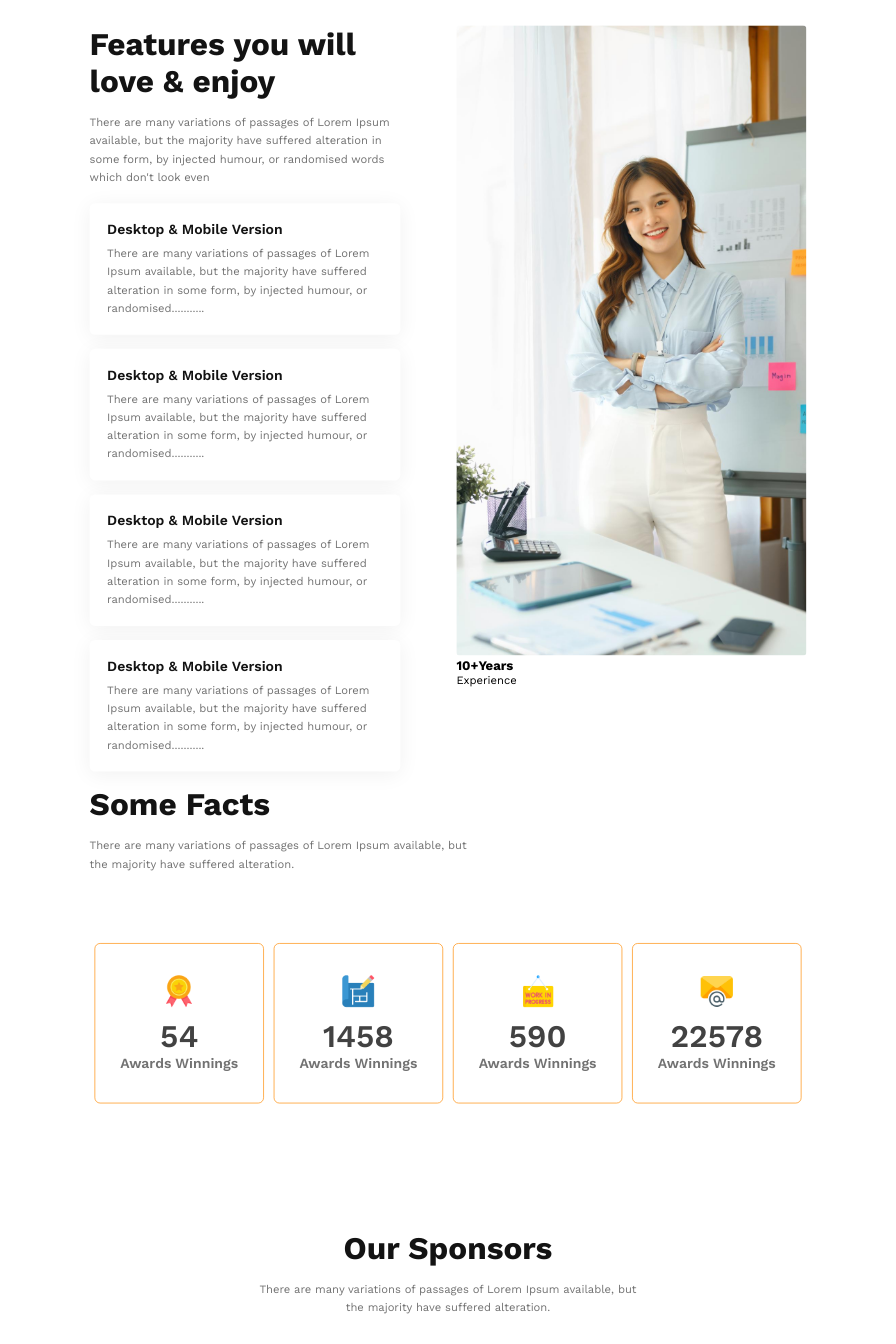
Repository: ShouravAhammed/G3-architects-webpage
Page: index.html
The author's editor kept a copy of each file at every save. The page is drawn from the files as they stood at one save, then again after the next save.
The browser window is 1280 px wide. The pictures show the part of the page from y = 1706 to 3626 px (the page is 3936 px tall), at 70% of full size.

Above is the page before, as saved 2024-01-13 17:57:38.

After the next save:
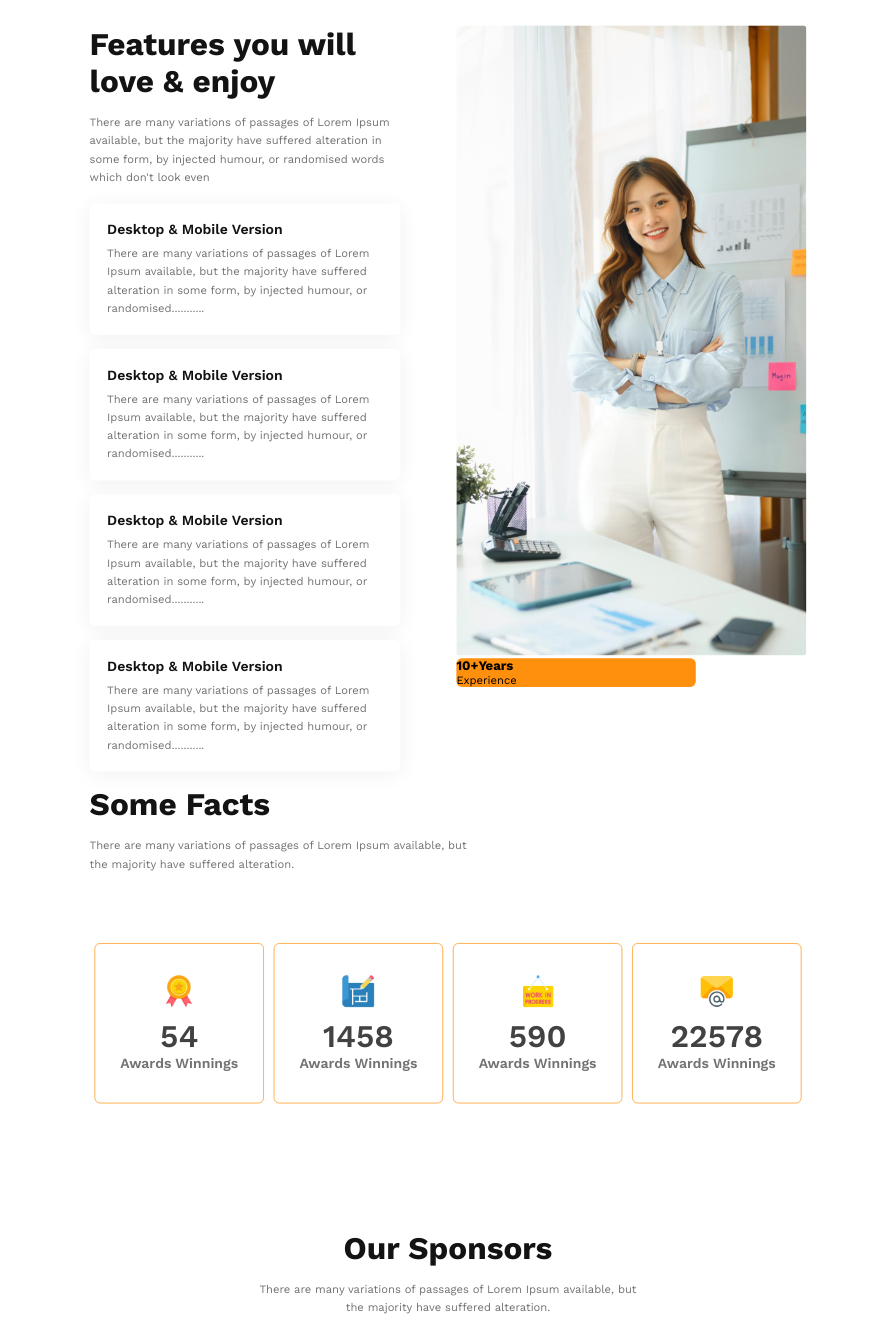
Saved 23 s later.
--- a/styles/style.css
+++ b/styles/style.css
@@ -167,6 +167,7 @@
 .ten-years-badge{
     width: 342px;
     border-radius: 8px;
+    background: #FF900E;
 }
 /* some-facts section css style */
 .some-facts-container{
